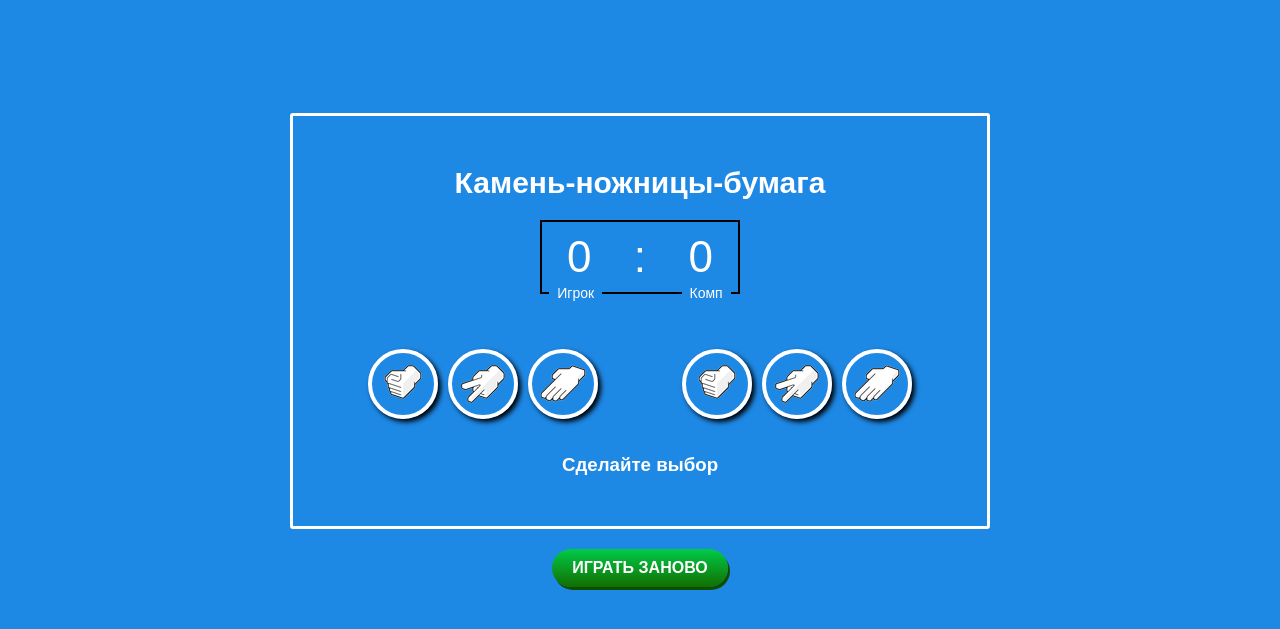
Repository: yevheniir/python_course_2020
Page: l5/Rock-Scissors-Paper(исходники)/index.html
An editor plug-in stored every save of this project. The page is shown before and after the next save, followed by the edit.
The browser window is 1280 px wide. The pictures show the whole page.

Above is the page before, as saved 2020-07-05 16:08:49.

After the next save:
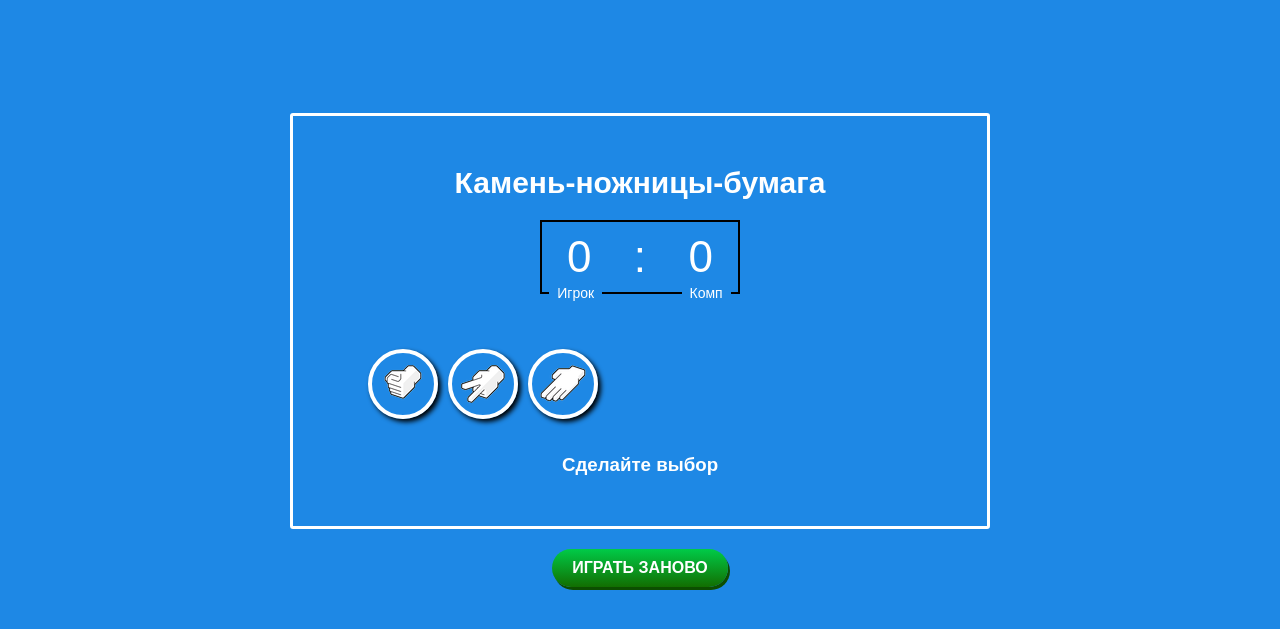
Saved 2 min 48 s later.
--- a/l5/Rock-Scissors-Paper(исходники)/index.html
+++ b/l5/Rock-Scissors-Paper(исходники)/index.html
@@ -29,11 +29,6 @@
 				<button class="field scissors" data-field="s"></button>
 				<button class="field paper" data-field="p"></button>
 			</div>
-			<div class="comp-field">
-				<button class="field rock" data-field="r"></button>
-				<button class="field scissors" data-field="s"></button>
-				<button class="field paper" data-field="p"></button>
-			</div>
 		</div>
 		<h3 class="result">Сделайте выбор</h3>
 	</div>
